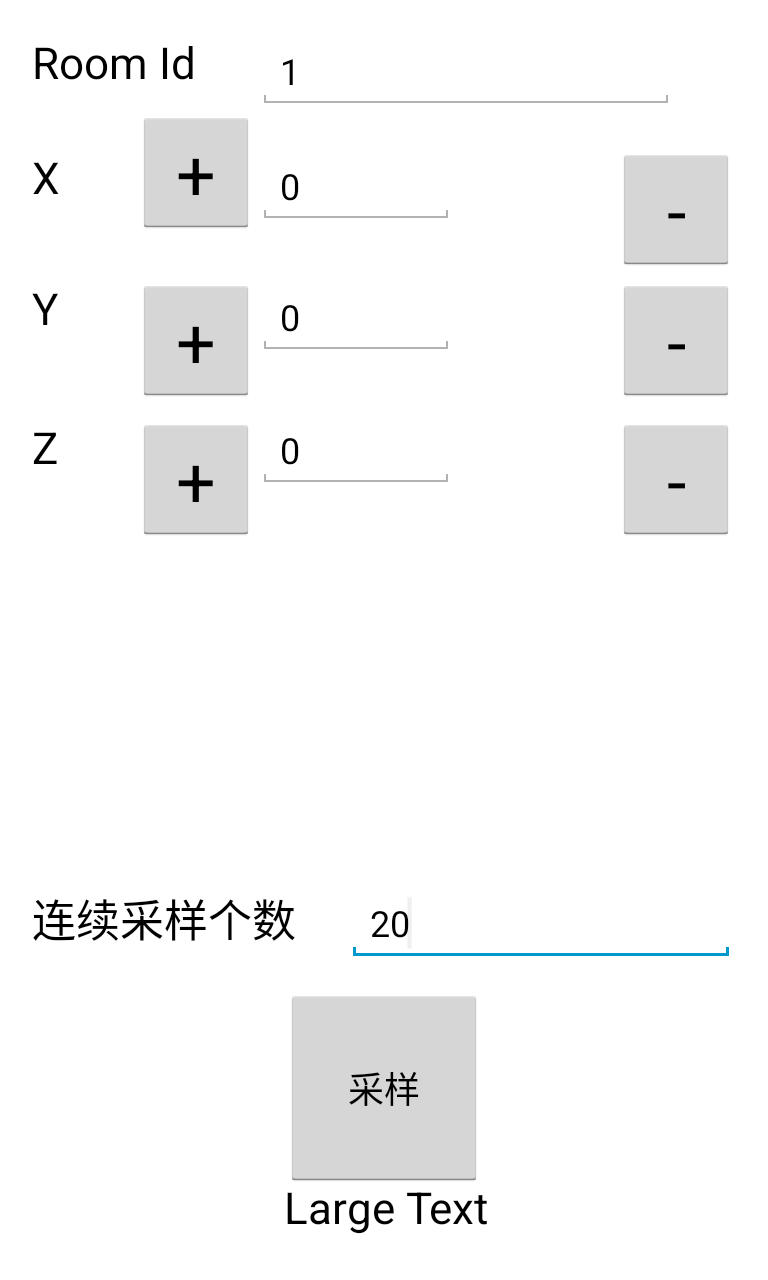
Repository: RenchuSong/tMap_Android
Layout: tmap_model_tool/res/layout/wifi_conllector.xml
The author's editor kept a copy of each file at every save. The layout is drawn from the files as they stood at one save, then again after the next save.
It is drawn on a 768 x 1280 px phone screen (xhdpi) without system bars, with theme AppTheme; the app's code is not run.

Above is the layout before, as saved 2014-04-20 12:33:45.

### tmap_model_tool/res/layout/wifi_conllector.xml
<RelativeLayout xmlns:android="http://schemas.android.com/apk/res/android"
    xmlns:tools="http://schemas.android.com/tools"
    android:layout_width="match_parent"
    android:layout_height="match_parent"
    android:paddingBottom="@dimen/activity_vertical_margin"
    android:paddingLeft="@dimen/activity_horizontal_margin"
    android:paddingRight="@dimen/activity_horizontal_margin"
    android:paddingTop="@dimen/activity_vertical_margin"
    tools:context=".WifiCollector" >

    <TextView
        android:id="@+id/textView1"
        android:layout_width="wrap_content"
        android:layout_height="wrap_content"
        android:layout_alignParentLeft="true"
        android:layout_alignParentTop="true"
        android:text="Room Id"
        android:textAppearance="?android:attr/textAppearanceLarge" />

    <TextView
        android:id="@+id/textView2"
        android:layout_width="wrap_content"
        android:layout_height="wrap_content"
        android:layout_alignLeft="@+id/textView1"
        android:layout_below="@+id/textView1"
        android:layout_marginTop="28dp"
        android:text="X"
        android:textAppearance="?android:attr/textAppearanceLarge" />

    <TextView
        android:id="@+id/textView3"
        android:layout_width="wrap_content"
        android:layout_height="wrap_content"
        android:layout_alignLeft="@+id/textView2"
        android:layout_below="@+id/textView2"
        android:layout_marginTop="36dp"
        android:text="Y"
        android:textAppearance="?android:attr/textAppearanceLarge" />

    <TextView
        android:id="@+id/textView4"
        android:layout_width="wrap_content"
        android:layout_height="wrap_content"
        android:layout_alignLeft="@+id/textView3"
        android:layout_below="@+id/textView3"
        android:layout_marginTop="40dp"
        android:text="Z"
        android:textAppearance="?android:attr/textAppearanceLarge" />

    <EditText
        android:id="@+id/roomId"
        android:layout_width="wrap_content"
        android:layout_height="wrap_content"
        android:layout_marginLeft="30dp"
        android:layout_toRightOf="@+id/textView1"
        android:ems="10"
        android:text="1" >

    </EditText>

    <EditText
        android:id="@+id/x"
        android:layout_width="100dp"
        android:layout_height="wrap_content"
        android:layout_alignLeft="@+id/roomId"
        android:layout_alignTop="@+id/textView2"
        android:ems="10"
        android:text="0"  />

    <EditText
        android:id="@+id/y"
        android:layout_width="100dp"
        android:layout_height="wrap_content"
        android:layout_alignLeft="@+id/x"
        android:layout_alignTop="@+id/textView3"
        android:ems="10"
        android:text="0" >

    </EditText>

    <EditText
        android:id="@+id/z"
        android:layout_width="100dp"
        android:layout_height="wrap_content"
        android:layout_alignBaseline="@+id/textView4"
        android:layout_alignBottom="@+id/textView4"
        android:layout_alignLeft="@+id/y"
        android:ems="10"
        android:text="0" />

    <Button
        android:id="@+id/scan"
        android:layout_width="100dp"
        android:layout_height="100dp"
        android:layout_alignParentBottom="true"
        android:layout_centerHorizontal="true"
        android:layout_marginBottom="30dp"
        android:text="采样" />

    <Button
        android:id="@+id/up_x"
        android:layout_width="60dp"
        android:layout_height="wrap_content"
        android:layout_alignBaseline="@+id/x"
        android:layout_alignBottom="@+id/x"
        android:layout_toLeftOf="@+id/x"
        android:textSize="35sp"
        android:text="+" />

    <Button
        android:id="@+id/up_y"
        android:layout_width="60dp"
        android:layout_height="wrap_content"
        android:layout_alignLeft="@+id/up_x"
        android:layout_alignTop="@+id/y"
        android:textSize="35sp"
        android:text="+" />

    <Button
        android:id="@+id/up_z"
        android:layout_width="60dp"
        android:layout_height="wrap_content"
        android:layout_alignLeft="@+id/up_y"
        android:layout_alignTop="@+id/textView4"
        android:textSize="35sp"
        android:text="+" />

    <Button
        android:id="@+id/down_x"
        android:layout_width="60dp"
        android:layout_height="wrap_content"
        android:layout_alignParentRight="true"
        android:layout_alignTop="@+id/x"
        android:textSize="35sp"
        android:text="-" />

    <Button
        android:id="@+id/down_y"
        android:layout_width="60dp"
        android:layout_height="wrap_content"
        android:layout_alignParentRight="true"
        android:layout_alignTop="@+id/y"
        android:textSize="35sp"
        android:text="-" />

    <Button
        android:id="@+id/down_z"
        android:layout_width="60dp"
        android:layout_height="wrap_content"
        android:layout_alignBaseline="@+id/up_z"
        android:layout_alignBottom="@+id/up_z"
        android:layout_alignLeft="@+id/down_y"
        android:textSize="35sp"
        android:text="-" />

    <TextView
        android:id="@+id/textView5"
        android:layout_width="wrap_content"
        android:layout_height="wrap_content"
        android:layout_above="@+id/scan"
        android:layout_alignLeft="@+id/textView4"
        android:layout_marginBottom="19dp"
        android:text="连续采样个数"
        android:textAppearance="?android:attr/textAppearanceLarge" />

    <EditText
        android:id="@+id/each_time"
        android:layout_width="wrap_content"
        android:layout_height="wrap_content"
        android:layout_alignBaseline="@+id/textView5"
        android:layout_alignBottom="@+id/textView5"
        android:layout_marginLeft="25dp"
        android:layout_toRightOf="@+id/textView5"
        android:ems="10"
        android:text="20" >

        <requestFocus />
    </EditText>

    <TextView
        android:id="@+id/textView6"
        android:layout_width="wrap_content"
        android:layout_height="wrap_content"
        android:layout_alignLeft="@+id/scan"
        android:layout_alignParentBottom="true"
        android:layout_marginBottom="6dp"
        android:text="Large Text"
        android:textAppearance="?android:attr/textAppearanceLarge" />

</RelativeLayout>

Loaded but not shown: tmap_model_tool/res/values/styles.xml (common file); tmap_model_tool/res/values-v11/styles.xml (common file); tmap_model_tool/res/values-v14/styles.xml (common file); tmap_model_tool/res/values/dimens.xml (common file)

After the next save:
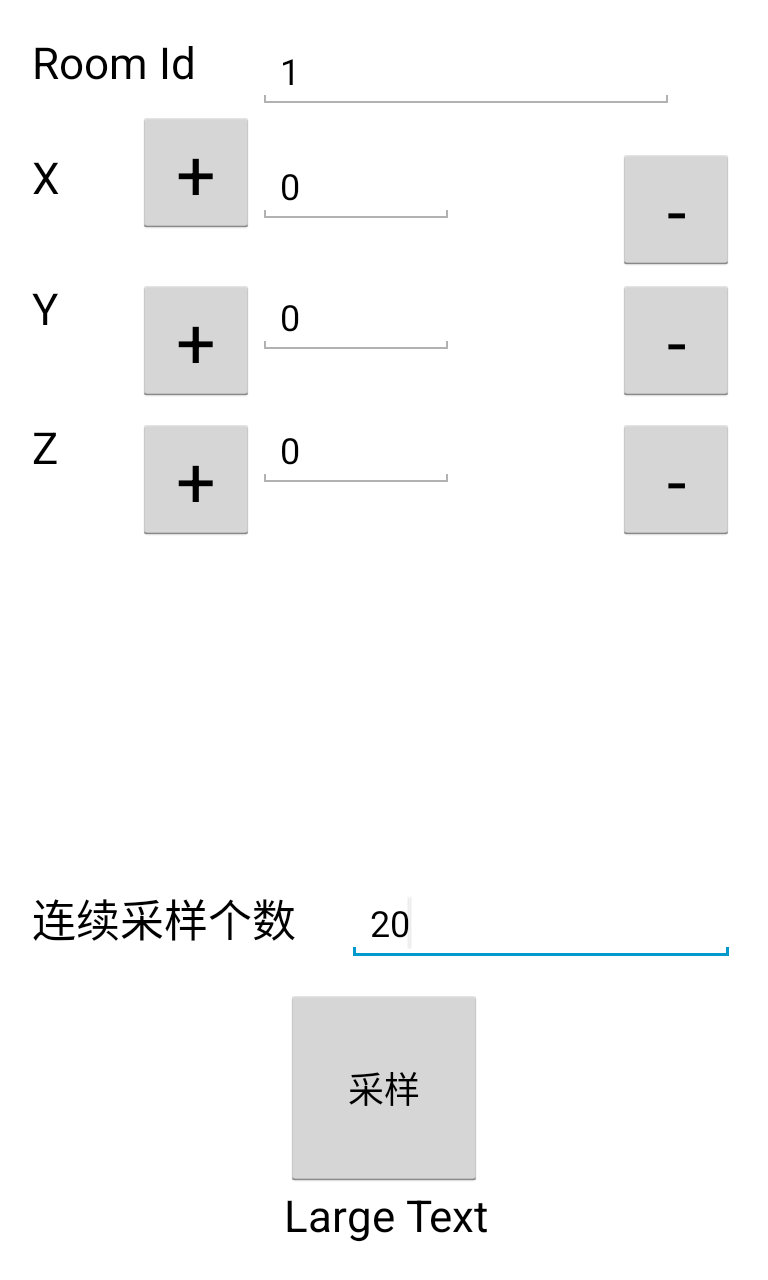
Saved 6 s later.
--- a/tmap_model_tool/res/layout/wifi_conllector.xml
+++ b/tmap_model_tool/res/layout/wifi_conllector.xml
@@ -183,7 +183,7 @@
         android:layout_height="wrap_content"
         android:layout_alignLeft="@+id/scan"
         android:layout_alignParentBottom="true"
-        android:layout_marginBottom="6dp"
+        android:layout_marginBottom="2dp"
         android:text="Large Text"
         android:textAppearance="?android:attr/textAppearanceLarge" />
 
